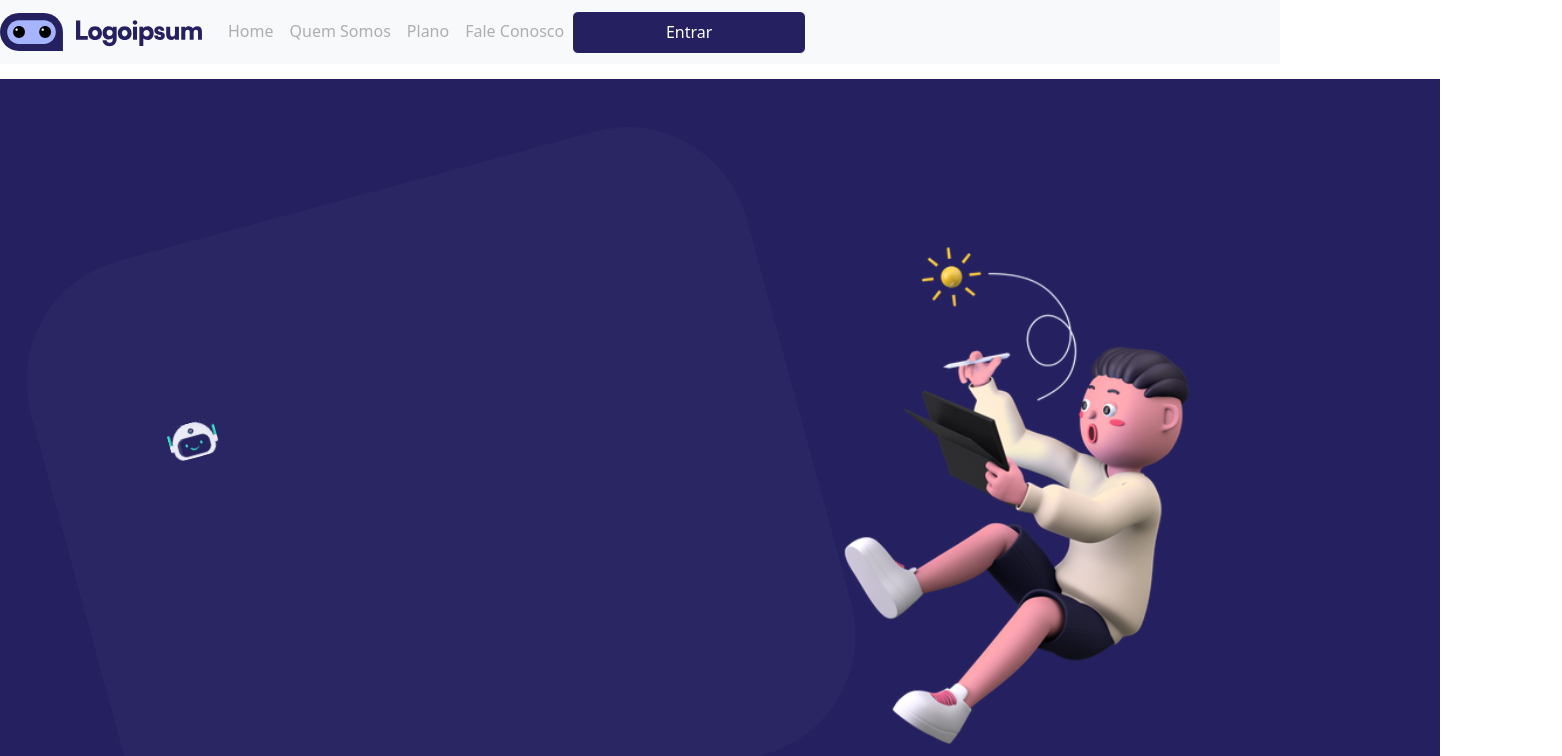
Repository: Williamlmachado/Desafio-Landing-page
Page: index.html
An editor plug-in stored every save of this project. The page is shown before and after the next save, followed by the edit.
The browser window is 1280 px wide. The page is 1562 px wide, so the pictures cover 1562 px, including what lies to the right of the window. The pictures show the part of the page from y = 0 to 756 px (the page is 3714 px tall).

Above is the page before, as saved 2021-11-08 18:00:17.

After the next save:
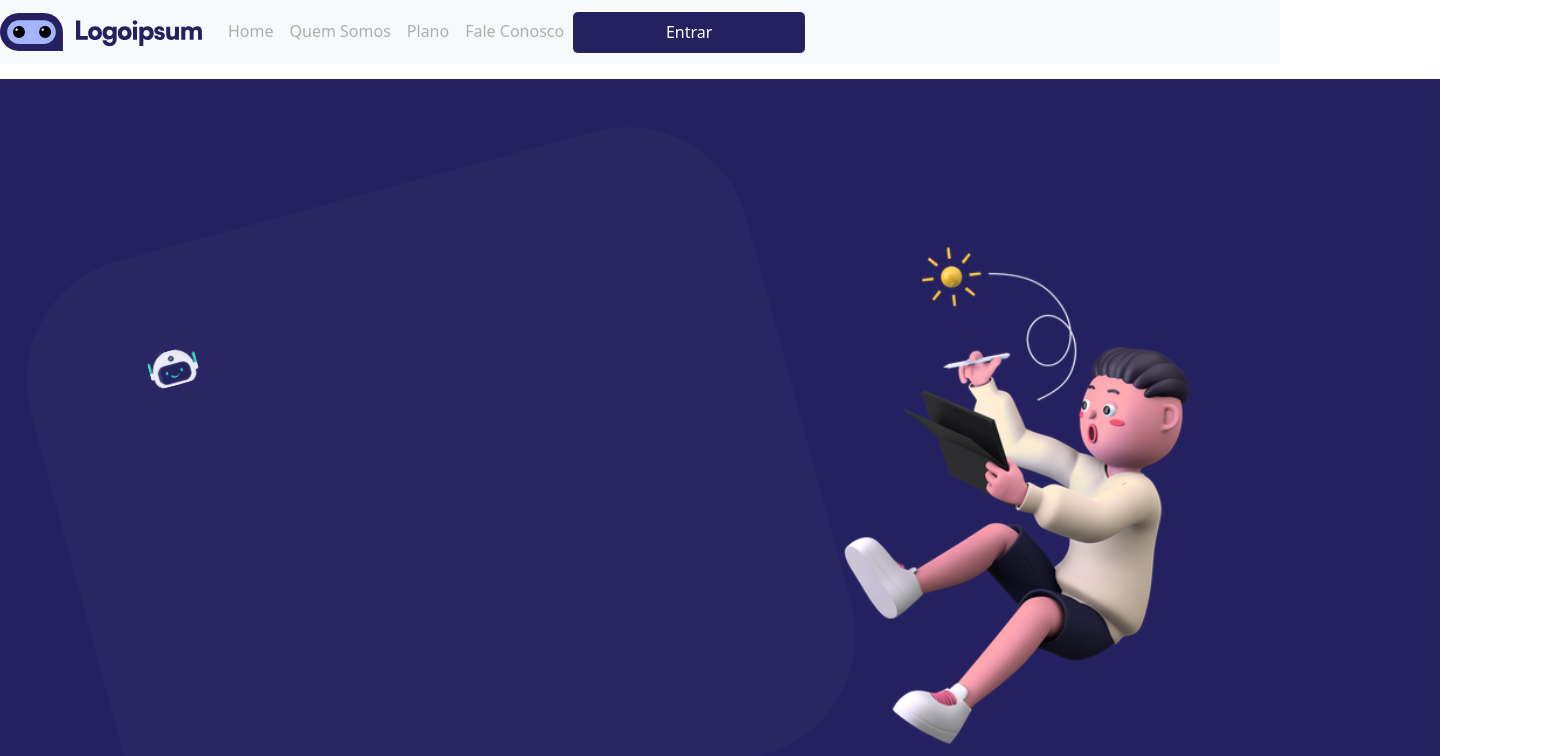
Saved 4 s later.
--- a/style.css
+++ b/style.css
@@ -107,7 +107,7 @@
     flex: none;
     order: 0;
     flex-grow: 0;
-    margin: 175px 25px;
+    margin: 100px 25px;
 }
 
 .retangle-2{
